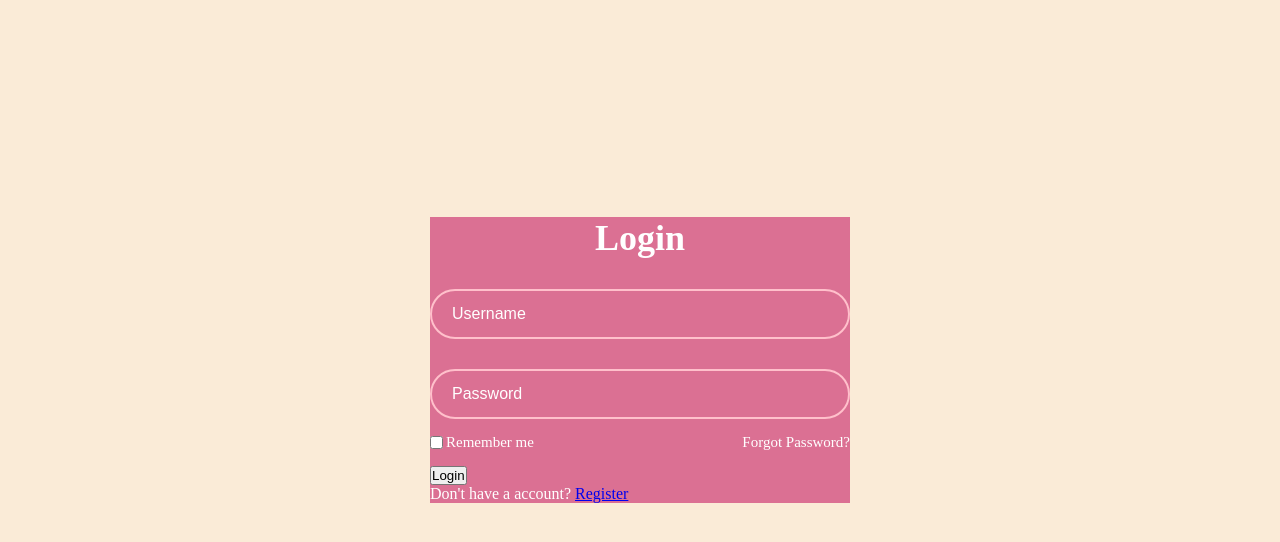
Repository: Kubraaygun/Html_Css_Login
Page: index.html
The author's editor kept a copy of each file at every save. The page is drawn from the files as they stood at one save, then again after the next save.
The browser window is 1280 px wide. The pictures show the whole page.

Above is the page before, as saved 2025-03-05 19:50:21.

After the next save:
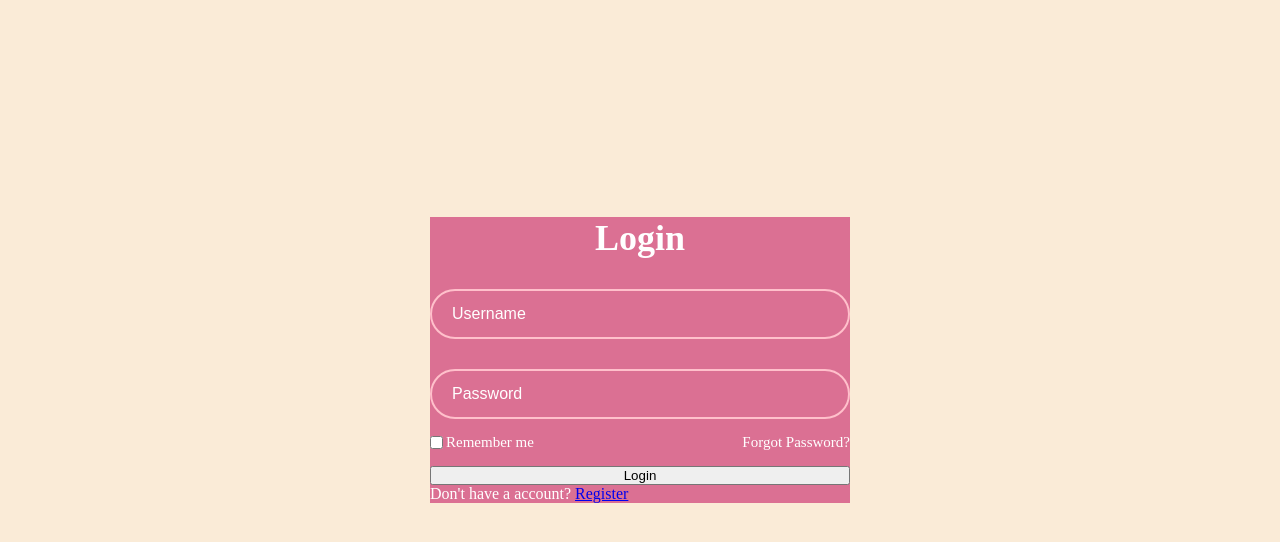
Saved 26 s later.
--- a/style.css
+++ b/style.css
@@ -71,3 +71,7 @@ label {
 .forgotPassword:hover {
   text-decoration: underline;
 }
+
+.button {
+  width: 100%;
+}
